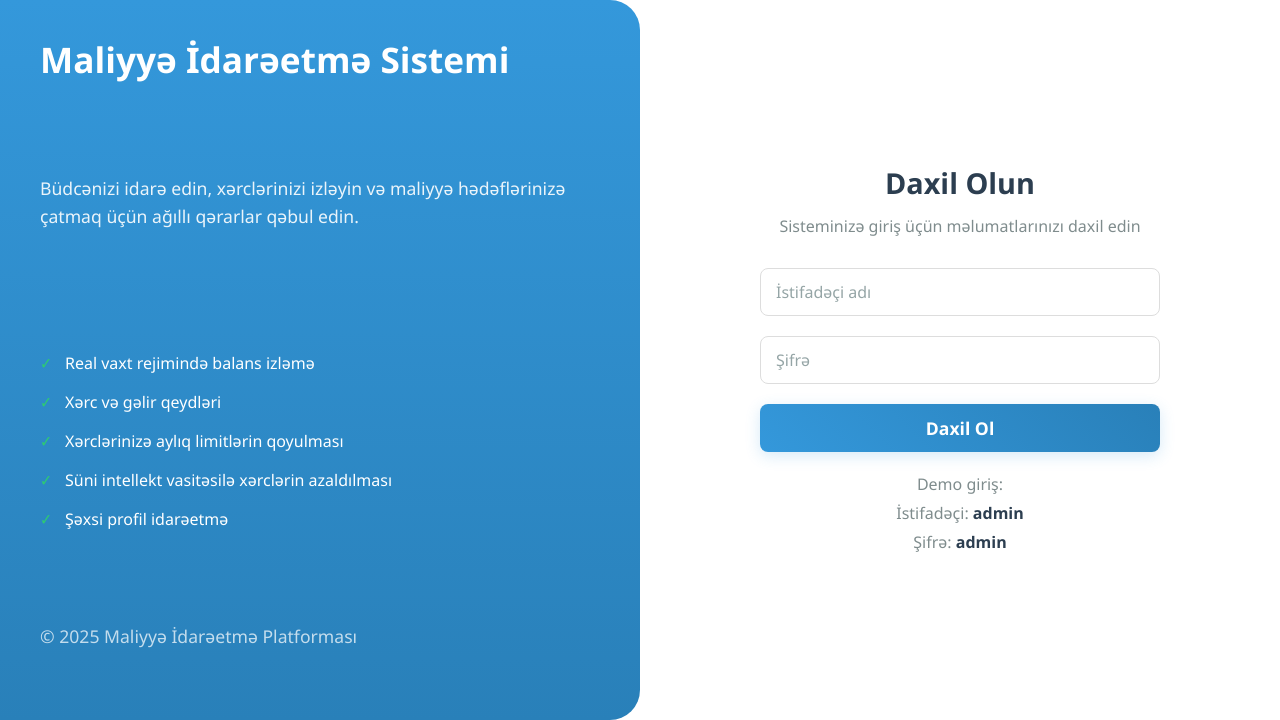
Repository: ferhadsultan98/financialmanagement
Page: /login
The author's editor kept a copy of each file at every save. The page is drawn from the files as they stood at one save, then again after the next save.
The browser window is 1280 px wide. The pictures show the whole page.
The project was rebuilt for these pictures with package versions that can differ from the ones it lists, and the page was loaded fresh each time. Also part of the build but not shown: vite.config.js, src/Styles/Sidebar.scss, src/Components/Sidebar/Navbar.jsx, src/Components/Sidebar/ProfileModal.jsx, src/Components/Sidebar/Sidebar.jsx, src/Components/Layout/MainLayout.jsx, src/Pages/Home/Home.jsx, src/Pages/AddExpense/AddExpense.jsx and 2 more.

Above is the page before, as saved 2025-03-24 00:09:53.

After the next save:
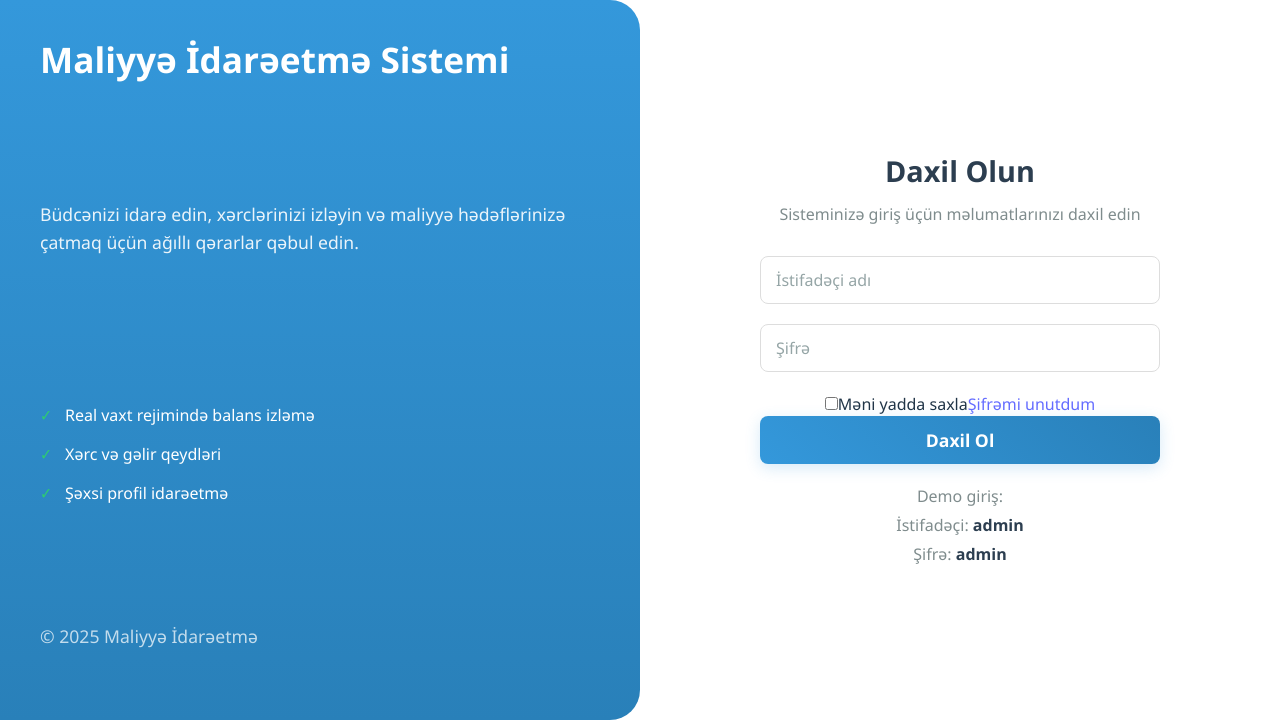
Saved 4 min 25 s later.
--- a/src/Components/Login/Login.jsx
+++ b/src/Components/Login/Login.jsx
@@ -7,25 +7,40 @@ const Login = () => {
   const [username, setUsername] = useState('');
   const [password, setPassword] = useState('');
   const [error, setError] = useState('');
+  const [keepLoggedIn, setKeepLoggedIn] = useState(false); // State for "Keep me logged in"
+  const [newPassword, setNewPassword] = useState(''); // State for new password
   const navigate = useNavigate();
 
-
+  // Hardcoded credentials
   const validUsername = 'admin';
-  const validPassword = 'admin';
+  let validPassword = 'admin'; // Let it be mutable for demo purposes
 
   const handleLogin = (e) => {
     e.preventDefault();
     if (username === validUsername && password === validPassword) {
-      navigate('/');
+      if (keepLoggedIn) {
+        // Simulate keeping user logged in (e.g., with localStorage)
+        localStorage.setItem('isLoggedIn', 'true');
+      }
+      navigate('/'); // Redirect to main app after login
     } else {
       setError('İstifadəçi adı və ya şifrə yanlışdır!');
     }
   };
 
+  const handleForgotPassword = () => {
+    // Generate a simple random password (for demo purposes)
+    const newPass = Math.random().toString(36).slice(-8); // 8-character random string
+    validPassword = newPass; // Update the valid password dynamically
+    setNewPassword(`Yeni şifrəniz: ${newPass}`);
+    setPassword(''); // Clear the password input
+    setError(''); // Clear any existing error
+  };
+
   return (
     <div className="login-container">
       <div className="login-wrapper">
-
+        {/* Left Section - Financial Management Info */}
         <div className="login-left">
           <h1>Maliyyə İdarəetmə Sistemi</h1>
           <p>
@@ -35,16 +50,14 @@ const Login = () => {
           <ul>
             <li>Real vaxt rejimində balans izləmə</li>
             <li>Xərc və gəlir qeydləri</li>
-            <li>Xərclərinizə aylıq limitlərin qoyulması</li>
-            <li>Süni intellekt vasitəsilə xərclərin azaldılması</li>
             <li>Şəxsi profil idarəetmə</li>
           </ul>
           <div className="login-left-footer">
-            <p>© 2025 Maliyyə İdarəetmə Platforması</p>
+            <p>© 2025 Maliyyə İdarəetmə</p>
           </div>
         </div>
 
-
+        {/* Right Section - Login Form */}
         <div className="login-right">
           <div className="login-box">
             <h2>Daxil Olun</h2>
@@ -53,6 +66,12 @@ const Login = () => {
             {error && (
               <div className="error-message">
                 {error}
+              </div>
+            )}
+
+            {newPassword && (
+              <div className="new-password-message">
+                {newPassword}
               </div>
             )}
 
@@ -77,6 +96,20 @@ const Login = () => {
                 />
               </div>
 
+              <div className="login-options">
+                <label className="keep-logged-in">
+                  <input
+                    type="checkbox"
+                    checked={keepLoggedIn}
+                    onChange={(e) => setKeepLoggedIn(e.target.checked)}
+                  />
+                  Məni yadda saxla
+                </label>
+                <a href="#" className="forgot-password" onClick={handleForgotPassword}>
+                  Şifrəmi unutdum
+                </a>
+              </div>
+
               <button type="submit">
                 Daxil Ol
               </button>
